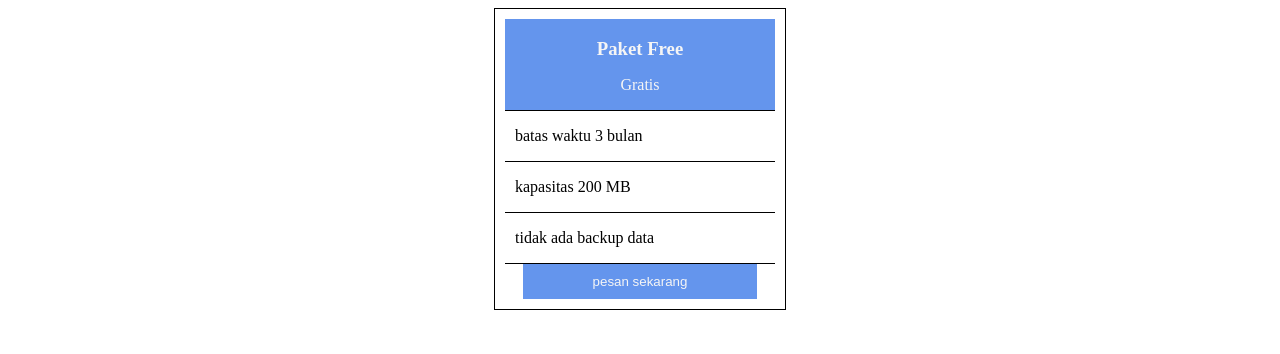
Repository: AHSANS354/tugas-sib5
Page: tugas css/index.html
The author's editor kept a copy of each file at every save. The page is drawn from the files as they stood at one save, then again after the next save.
The browser window is 1280 px wide. The pictures show the whole page.

Above is the page before, as saved 2023-08-29 15:47:27.

### tugas css/index.html
<!DOCTYPE html>
<html lang="en">
  <head>
    <meta charset="UTF-8" />
    <meta name="viewport" content="width=device-width, initial-scale=1.0" />
    <title>Tugas css eksternal</title>
    <link rel="stylesheet" href="style.css" />
  </head>
  <body>
    <!-- <table>
      <tr>
        <th>
          <p>paket free</p>
          <p>gratis</p>
        </th>
        <th>
          <p>paket premium</p>
          <p>rp.350.000,-</p>
        </th>
        <th>
          <p>paket profesional</p>
          <p>rp.500.000,-</p>
        </th>
      </tr>
      <tr>
        <td>batas waktu 3 bulan</td>
        <td>batas waktu 1 tahun</td>
        <td>batas waktu 2 tahun</td>
      </tr>
      <tr>
        <td>kapasitas 200 MB</td>
        <td>kapasitas 1GB</td>
        <td>kapasitas 3GB</td>
      </tr>
      <tr>
        <td>tidak ada backup data</td>
        <td>dilengkapi backup data</td>
        <td>dilengkapi backup data</td>
      </tr>
      <tr>
        <td>pesan sekarang</td>
        <td>pesan sekarang</td>
        <td>bonus domain</td>
      </tr>
      <tr>
        <td colspan="2"></td>
        <td>pesan sekarang</td>
      </tr>
    </table> -->
    <div class="container">
      <div class="row">
        <div class="col">
          <div class="card">
            <div class="header">
              <div>
                <h3>Paket Free</h3>
              </div>
              <div>
                <p>Gratis</p>
              </div>
            </div>
            <div class="content">
              <div>
                <p>batas waktu 3 bulan</p>
              </div>
              <div>
                <p>kapasitas 200 MB</p>
              </div>
              <div>
                <p>tidak ada backup data</p>
              </div>
              <div class="btn">
                <button type="button">pesan sekarang</button>
              </div>
            </div>
          </div>
        </div>
      </div>
    </div>
  </body>
</html>

### tugas css/style.css
th {
  border: 2px solid #000;
}

td {
  border: 2px solid #000;
}

.card {
  border: 1px solid black;
  padding: 10px;
  width: 270px;
}

.container {
  display: flex;
  justify-content: center;
}

.row {
  width: 50%;
}

.col {
  display: flex;
  justify-content: space-around;
}

.header {
  background-color: cornflowerblue;
  color: whitesmoke;
  display: flex;
  justify-content: center;
  align-items: center;
  flex-direction: column;
}

.content div {
  border-top: 1px solid black;
}

.content p {
  padding-left: 10px;
}

.btn {
  display: flex;
  justify-content: center;
}

button {
  padding: 10px 70px;
  background-color: cornflowerblue;
  border: none;
  color: whitesmoke;
}

h3 {
  margin-bottom: 0;
}

After the next save:
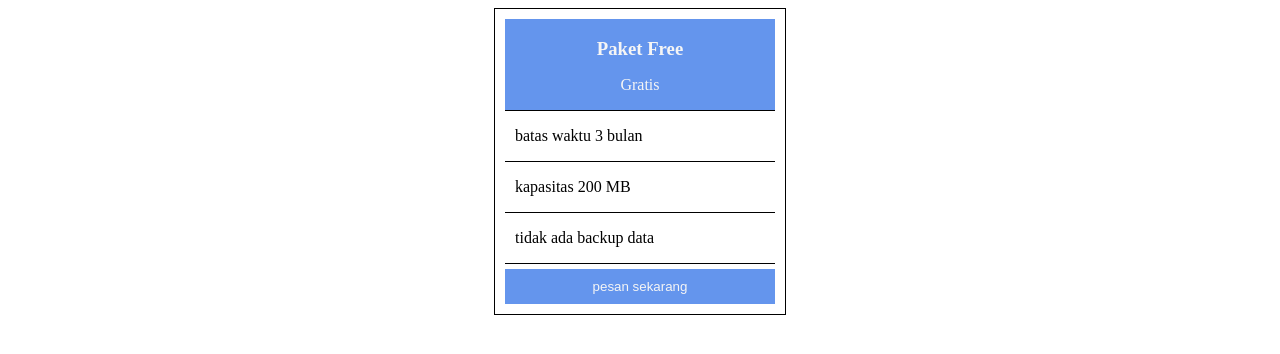
Saved 82 s later.
--- a/tugas css/style.css
+++ b/tugas css/style.css
@@ -49,6 +49,8 @@ td {
 }
 
 button {
+  width: 100%;
+  margin-top: 5px;
   padding: 10px 70px;
   background-color: cornflowerblue;
   border: none;
